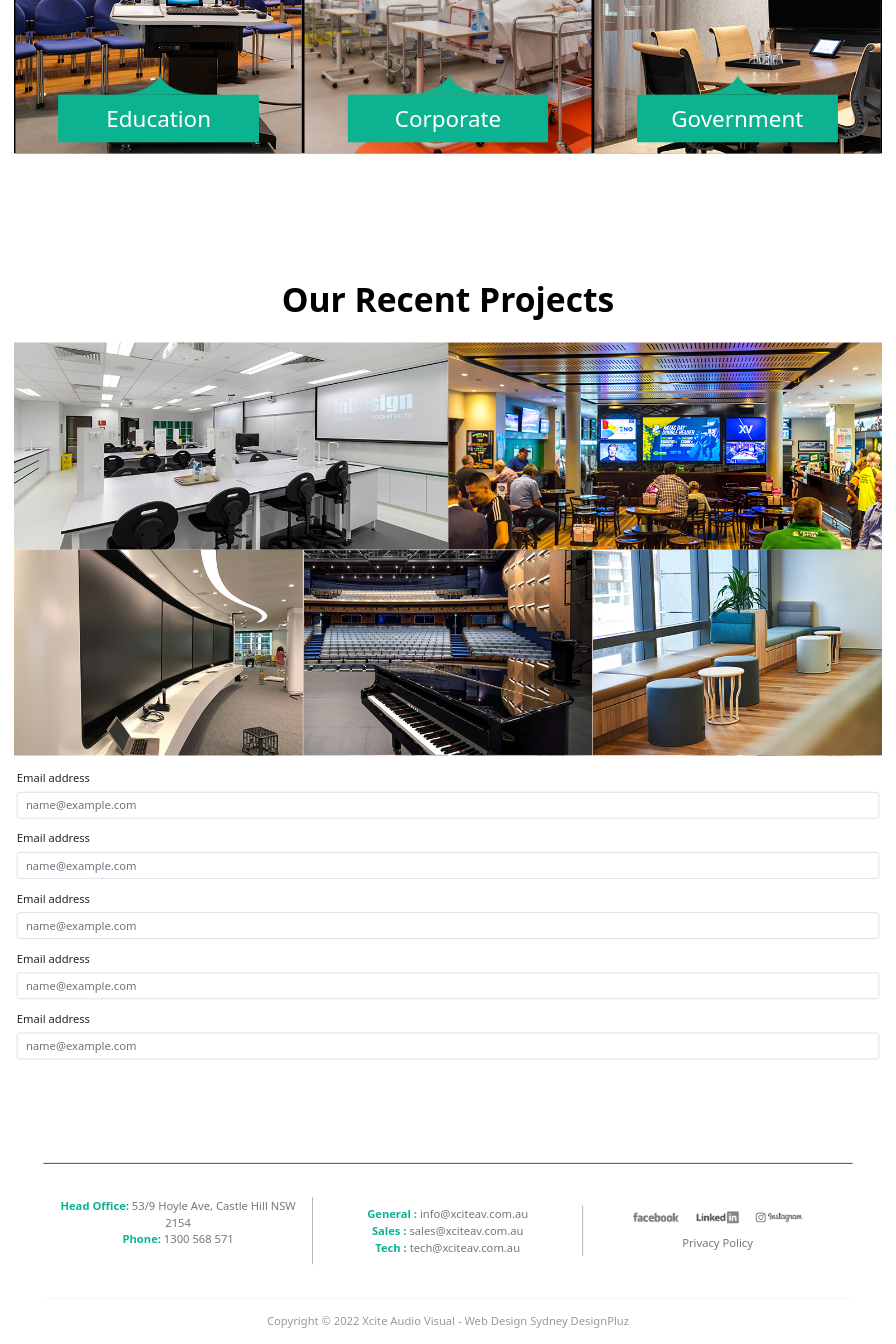
Repository: Imprasna/designplus
Page: index.html
An editor plug-in stored every save of this project. The page is shown before and after the next save, followed by the edit.
The browser window is 1280 px wide. The pictures show the part of the page from y = 1765 to 3685 px (the page is 3685 px tall before and 3599 px after), at 70% of full size.

Above is the page before, as saved 2022-03-17 00:06:42.

After the next save:
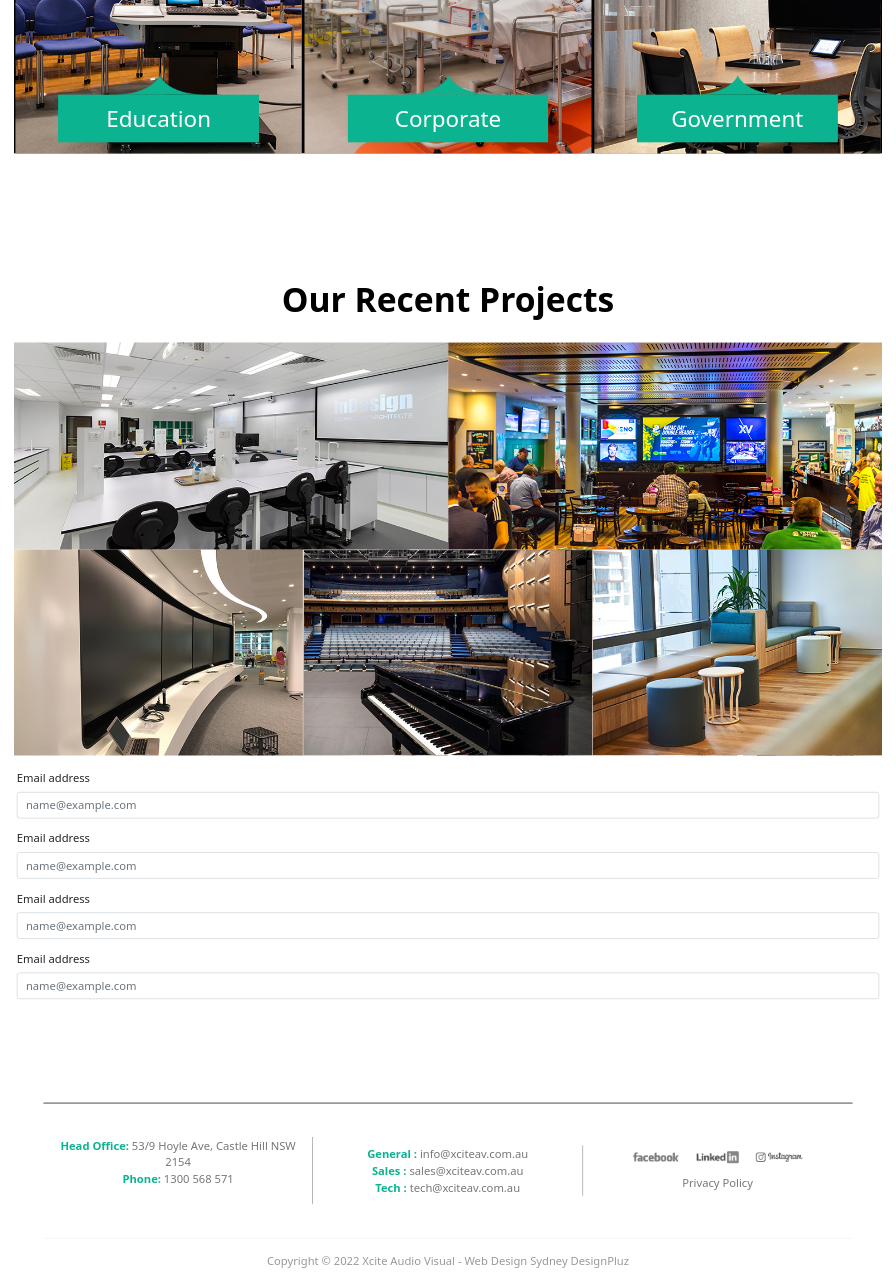
Saved 10 s later.
--- a/index.html
+++ b/index.html
@@ -177,10 +177,7 @@
                 <label for="exampleFormControlInput1" class="form-label">Email address</label>
                 <input type="email" class="form-control" id="exampleFormControlInput1" placeholder="name@example.com">
               </div>
-              <div class="mb-3">
-                <label for="exampleFormControlInput1" class="form-label">Email address</label>
-                <input type="email" class="form-control" id="exampleFormControlInput1" placeholder="name@example.com">
-              </div>
+
             </form>
           </div>
         </div>
